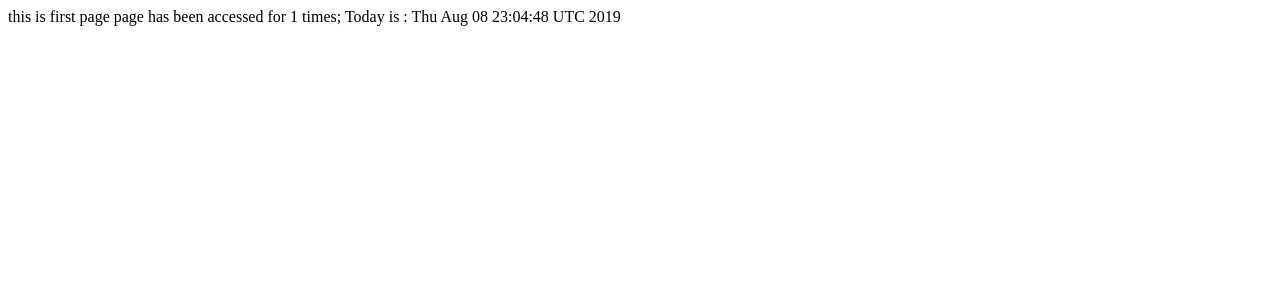
Repository: sushmasetti/Angular1
Page: http://localhost/Test1/Second.jsp
These files come from the project's save history. The page is drawn as it stood at one moment and after the next save; the edit follows.
The browser window is 1280 px wide. The pictures show the whole page.
The page is served by Tomcat 9.

Above is the page before, as saved 2019-08-09 19:12:36.

After the next save:
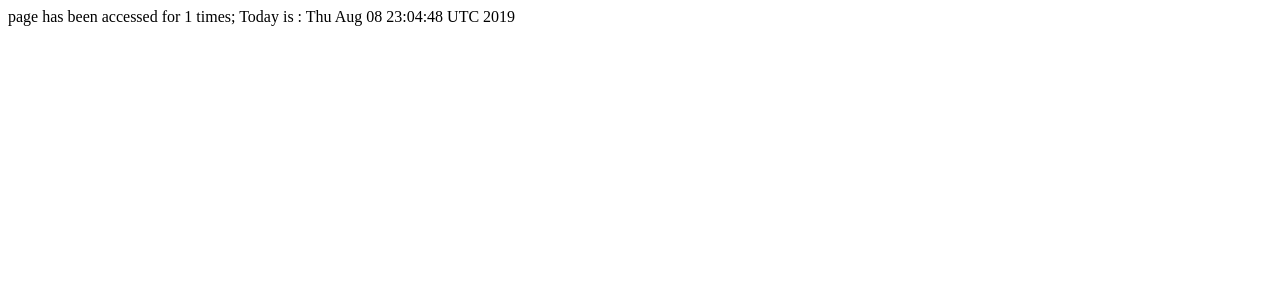
Saved 4 min 31 s later.
--- a/Eclipse/Test1/WebContent/Second.jsp
+++ b/Eclipse/Test1/WebContent/Second.jsp
@@ -9,6 +9,9 @@
 <body>
 this is first page
 
-<%@ include file="Add.jsp" %>
+<%-- <<%@ include file="Add.jsp" %>--%>
+
+<jsp:forward page="Add.jsp"></jsp:forward>
 </body>
+
 </html>
